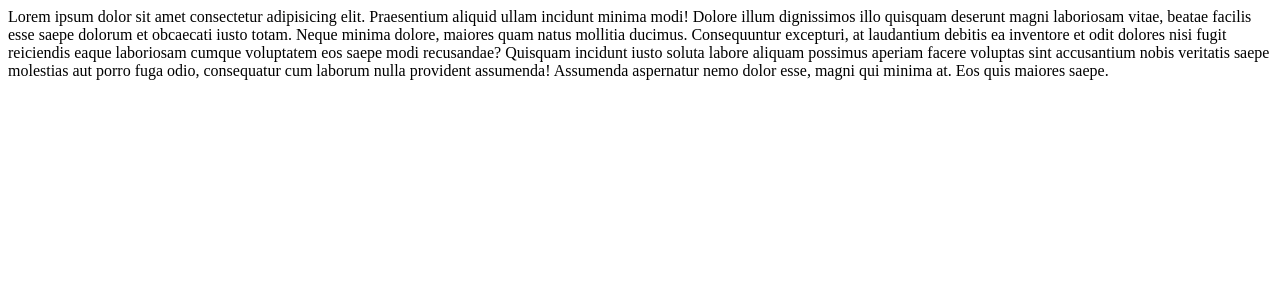
Repository: khulqu15/lelangyuk
Page: resources/views/livewire/components/footer.blade.php
These files come from the project's save history. The page is drawn as it stood at one moment and after the next save; the edit follows.
The browser window is 1280 px wide. The pictures show the whole page.
The page is served by the project's Laravel application, run on PHP 8.4 with Laravel 8. The template is opened directly, without the code that normally fills it, so the values that code supplies are empty.

Above is the page before, as saved 2021-02-15 16:10:11.

After the next save:
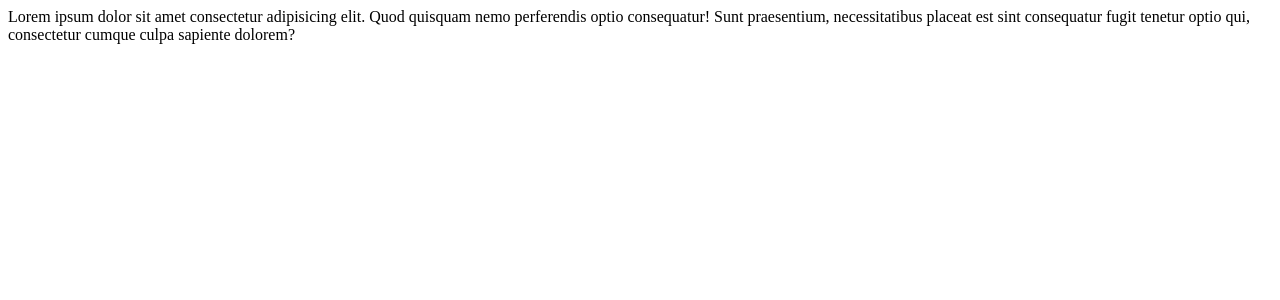
Saved 24 s later.
--- a/resources/views/livewire/components/footer.blade.php
+++ b/resources/views/livewire/components/footer.blade.php
@@ -1,3 +1,9 @@
 <div>
-    Lorem ipsum dolor sit amet consectetur adipisicing elit. Praesentium aliquid ullam incidunt minima modi! Dolore illum dignissimos illo quisquam deserunt magni laboriosam vitae, beatae facilis esse saepe dolorum et obcaecati iusto totam. Neque minima dolore, maiores quam natus mollitia ducimus. Consequuntur excepturi, at laudantium debitis ea inventore et odit dolores nisi fugit reiciendis eaque laboriosam cumque voluptatem eos saepe modi recusandae? Quisquam incidunt iusto soluta labore aliquam possimus aperiam facere voluptas sint accusantium nobis veritatis saepe molestias aut porro fuga odio, consequatur cum laborum nulla provident assumenda! Assumenda aspernatur nemo dolor esse, magni qui minima at. Eos quis maiores saepe.
+    <div class="container-fluid">
+        <div class="row">
+            <div class="col-md-6">
+                Lorem ipsum dolor sit amet consectetur adipisicing elit. Quod quisquam nemo perferendis optio consequatur! Sunt praesentium, necessitatibus placeat est sint consequatur fugit tenetur optio qui, consectetur cumque culpa sapiente dolorem?
+            </div>
+        </div>
+    </div>
 </div>
